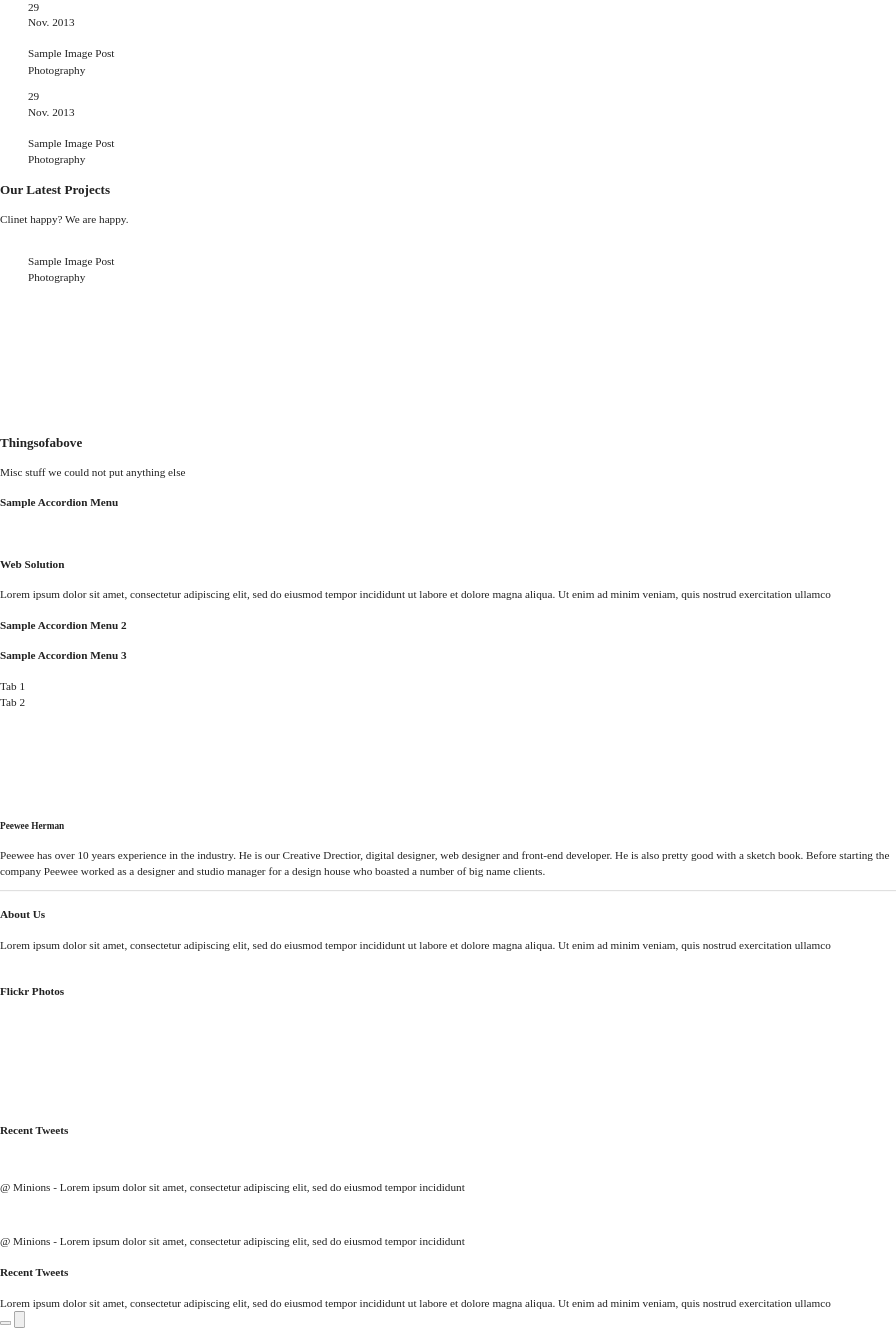
Repository: claudiashin/metrolics
Page: index.html
These files come from the project's save history. The page is drawn as it stood at one moment and after the next save; the edit follows.
The browser window is 1280 px wide. The pictures show the part of the page from y = 1540 to 3460 px (the page is 3437 px tall before and 3460 px after), at 70% of full size.

Above is the page before, as saved 2021-01-27 17:13:17.

### index.html
<!doctype html>
<html class="no-js" lang="EN">

<head>
  <meta charset="utf-8">
  <title>MDIA 2003 Lab 3</title>
  <meta name="description" content="">
  <meta name="viewport" content="width=device-width, initial-scale=1">

  <link rel="manifest" href="site.webmanifest">
  <link rel="apple-touch-icon" href="icon.png">
  <!-- Place favicon.ico in the root directory -->

  <link rel="stylesheet" href="css/normalize.css">
  <link rel="stylesheet" href="css/main.css">
</head>

<body>
  <header class="page_header">
    <div class="logo">
      <div><h1>Metrolics</h1></div>
      <div class="logoimg"><img src=""></div>
    </div>
  </header>

  <nav class="page_nav">
    <div class="nav_container">
      <div class="nav_icon">
        <div><img src=""></div>
        <a href="">Home</a>
      </div>
      <div class="nav_icon">
        <div><img src=""></div>
        <a href="">Pages</a>
      </div><div class="nav_icon">
        <div><img src=""></div>
        <a href="">Blog</a>
      </div><div class="nav_icon">
        <div><img src=""></div>
        <a href="">Portfolio</a>
      </div><div class="nav_icon">
        <div><img src=""></div>
        <a href="">Home</a>
      </div>
    </div>
  </nav>

  <section class="main_container">
    <div class="hero_img">
      <img src="">
    </div>
    <div class="">
      <h2>Metro Style</h2>
      <h2>Retina Ready</h2>
      <h2>Responsive Design</h2>
    </div>
  </section>

  <section class="main_container">
    <div>
      <h1>Hey Guys! This is the <span class="textcol">Metrolics</span> theme.<br>It sports a responsive layout with a mobile layout.</h1>
    </div>
  </section>

  <section class="main_container">
    <div class="container">
      <h3>Things That We Do</h3>
      <p>Ask us what we can do for you</p>
    </div>
    <div class="container">
      <div class="container_feature">
        <div class="feature_img">
          <img src="">
        </div>
        <div><h4>Web Solutions</h4></div>
        <div><p>We are a fairly small, flexible design studio that designs for print
          and web. We work flexibley with clinets to fulfil their design needs. Whether
          you need to create a brand from scratch, including marketing materials.
        </p></div>
      </div>
    </div>
    <div class="container">
      <div class="container_feature">
        <div class="feature_img">
          <img src="">
        </div>
        <div><h4>Photography</h4></div>
        <div><p>We are a fairly small, flexible design studio that designs for print
          and web. We work flexibley with clinets to fulfil their design needs. Whether
          you need to create a brand from scratch, including marketing materials.
        </p></div>
      </div>
    </div><div class="container">
      <div class="container_feature">
        <div class="feature_img">
          <img src="">
        </div>
        <div><h4>Web Development</h4></div>
        <div><p>We are a fairly small, flexible design studio that designs for print
          and web. We work flexibley with clinets to fulfil their design needs. Whether
          you need to create a brand from scratch, including marketing materials.
        </p></div>
      </div>
    </div><div class="container">
      <div class="container_feature">
        <div class="feature_img">
          <img src="">
        </div>
        <div><h4>Web Design</h4></div>
        <div><p>We are a fairly small, flexible design studio that designs for print
          and web. We work flexibley with clinets to fulfil their design needs. Whether
          you need to create a brand from scratch, including marketing materials.
        </p></div>
      </div>
    </div>
  </section>

  <section class="main_container">
    <div class="container">
      <h3>What's Up Lately?</h3>
      <p>Read up on our latest work</p>
    </div>
    <div class="container">
      <figure>
        <figcaption>29 <br> Nov. 2013</figcaption>
        <img src="" value="">
        <figcaption>Sample Image Post <br> Photography</figcaption>
      </figure>
    </div>
    <div class="container">
      <figure>
        <figcaption>29 <br> Nov. 2013</figcaption>
        <img src="" value="">
        <figcaption>Sample Image Post <br> Photography</figcaption>
      </figure>
    </div>
    <div class="container">
      <figure>
        <figcaption>29 <br> Nov. 2013</figcaption>
        <img src="" value="">
        <figcaption>Sample Image Post <br> Photography</figcaption>
      </figure>
    </div>
  </section>

  <section class="main_container">
    <div class="container">
      <h3>Our Latest Projects </h3>
      <p>Clinet happy? We are happy.</p>
    </div>
    <div class="container">
      <figure>
        <img src="" value="">
        <figcaption>Sample Image Post <br> Photography</figcaption>
      </figure>
    </div>
    <div class="container">
      <figure>
        <img src="" value="">
      </figure>
    </div>
    <div class="container">
      <figure>
        <img src="" value="">
      </figure>
    </div>
    <div class="container">
      <figure>
        <img src="" value="">
      </figure>
    </div>
    <div class="container">
      <figure>
        <img src="" value="">
      </figure>
    </div>
    <div class="container">
      <figure>
        <img src="" value="">
      </figure>
    </div>
  </section>

  <section class="main_container">
    <div class="container">
      <h3>Thingsofabove </h3>
      <p>Misc stuff we could not put anything else</p>
    </div>

    <div class="container">
      <div class="items">
        <h4>Sample Accordion Menu</h4>
      </div>
      <div class="items">
        <div class="items_contents">
          <img src="">
        </div>
        <div class="itmes_contents">
          <h4>Web Solution</h4>
          <p>Lorem ipsum dolor sit amet, consectetur adipiscing elit, sed do eiusmod tempor incididunt
            ut labore et dolore magna aliqua. Ut enim ad minim veniam, quis nostrud exercitation ullamco</p>
        </div>
      </div>
      <div class="items">
        <h4>Sample Accordion Menu 2</h4>
      </div>
      <div class="items">
        <h4>Sample Accordion Menu 3</h4>
      </div>
    </div>

    <div class="container">
      <div class="tab">
        <div>Tab 1</div>
        <div>Tab 2</div>
      </div>
    </div>

  </section>

  <section class="main_container">
    <div class="logo_img">
      <img src="">
    </div>
    <div class="logo_img">
      <img src="">
    </div>
    <div class="logo_img">
      <img src="">
    </div>
    <div class="logo_img">
      <img src="">
    </div>
    <div class="logo_img">
      <img src="">
    </div>
  </section>

  <footer>
    <section class="footer_container">
      <div class="avartar">
        <div class="avrtar_img"><img src=""></div>
        <div>
          <h5>Peewee Herman</h5>
          <p>Peewee has over 10 years experience in the industry. He is our Creative Drectior,
            digital designer, web designer and front-end developer. He is also pretty good with a
            sketch book. Before starting the company Peewee worked as a designer and studio manager
            for a design house who boasted a number of big name clients.
          </p>
        </div>
      </div>
    </section>

    <div><hr></div>

    <section class="footer_contaier">
      <div class="info">
        <div class="info_title"><h4>About Us</h4></div>
        <div class="info_contents">Lorem ipsum dolor sit amet, consectetur adipiscing elit, sed do eiusmod tempor incididunt
          ut labore et dolore magna aliqua. Ut enim ad minim veniam, quis nostrud exercitation ullamco</div>
        <div class="info_sns">
          <nav>
            <a href=""><img src=""></a>
            <a href=""><img src=""></a>
            <a href=""><img src=""></a>
            <a href=""><img src=""></a>
            <a href=""><img src=""></a>
          </nav>
        </div>
      </div>
      <div class="info">
        <div class="info_title"><h4>Flickr Photos</h4></div>
        <div class="info_photo">
          <div><img src=""></div>
          <div><img src=""></div>
          <div><img src=""></div>
          <div><img src=""></div>
          <div><img src=""></div>
          <div><img src=""></div>
        </div>
      </div>
      <div class="info">
        <div class="info_title"><h4>Recent Tweets</h4></div>
        <div class="info_tweets">
          <div class="tweet">
            <div><img src=""></div>
            <div><p>@ Minions - Lorem ipsum dolor sit amet, consectetur adipiscing elit, sed do eiusmod tempor incididunt</p></div>
          </div>
          <div class="tweet">
            <div><img src=""></div>
            <div><p>@ Minions - Lorem ipsum dolor sit amet, consectetur adipiscing elit, sed do eiusmod tempor incididunt</p></div>
          </div>
        </div>
      </div>
      <div class="info">
        <div class="info_title"><h4>Recent Tweets</h4></div>
        <div class="info_contents">Lorem ipsum dolor sit amet, consectetur adipiscing elit, sed do eiusmod tempor incididunt
          ut labore et dolore magna aliqua. Ut enim ad minim veniam, quis nostrud exercitation ullamco</div>
        <div>
          <button type="text" value="Enter your Email..."></button>
          <button type="button"><img src=""></button>
        </div>
      </div>

    </section>
  </footer>
</body>

</html>

### css/main.css
/*! HTML5 Boilerplate v8.0.0 | MIT License | https://html5boilerplate.com/ */

/* main.css 2.1.0 | MIT License | https://github.com/h5bp/main.css#readme */
/*
 * What follows is the result of much research on cross-browser styling.
 * Credit left inline and big thanks to Nicolas Gallagher, Jonathan Neal,
 * Kroc Camen, and the H5BP dev community and team.
 */

/* ==========================================================================
   Base styles: opinionated defaults
   ========================================================================== */

html {
  color: #222;
  font-size: 1em;
  line-height: 1.4;
}

/*
 * Remove text-shadow in selection highlight:
 * https://twitter.com/miketaylr/status/12228805301
 *
 * Vendor-prefixed and regular ::selection selectors cannot be combined:
 * https://stackoverflow.com/a/16982510/7133471
 *
 * Customize the background color to match your design.
 */

::-moz-selection {
  background: #b3d4fc;
  text-shadow: none;
}

::selection {
  background: #b3d4fc;
  text-shadow: none;
}

/*
 * A better looking default horizontal rule
 */

hr {
  display: block;
  height: 1px;
  border: 0;
  border-top: 1px solid #ccc;
  margin: 1em 0;
  padding: 0;
}

/*
 * Remove the gap between audio, canvas, iframes,
 * images, videos and the bottom of their containers:
 * https://github.com/h5bp/html5-boilerplate/issues/440
 */

audio,
canvas,
iframe,
img,
svg,
video {
  vertical-align: middle;
}

/*
 * Remove default fieldset styles.
 */

fieldset {
  border: 0;
  margin: 0;
  padding: 0;
}

/*
 * Allow only vertical resizing of textareas.
 */

textarea {
  resize: vertical;
}

/* ==========================================================================
   Author's custom styles
   ========================================================================== */

/* ==========================================================================
   Helper classes
   ========================================================================== */

/*
 * Hide visually and from screen readers
 */

.hidden,
[hidden] {
  display: none !important;
}

/*
 * Hide only visually, but have it available for screen readers:
 * https://snook.ca/archives/html_and_css/hiding-content-for-accessibility
 *
 * 1. For long content, line feeds are not interpreted as spaces and small width
 *    causes content to wrap 1 word per line:
 *    https://medium.com/@jessebeach/beware-smushed-off-screen-accessible-text-5952a4c2cbfe
 */

.sr-only {
  border: 0;
  clip: rect(0, 0, 0, 0);
  height: 1px;
  margin: -1px;
  overflow: hidden;
  padding: 0;
  position: absolute;
  white-space: nowrap;
  width: 1px;
  /* 1 */
}

/*
 * Extends the .sr-only class to allow the element
 * to be focusable when navigated to via the keyboard:
 * https://www.drupal.org/node/897638
 */

.sr-only.focusable:active,
.sr-only.focusable:focus {
  clip: auto;
  height: auto;
  margin: 0;
  overflow: visible;
  position: static;
  white-space: inherit;
  width: auto;
}

/*
 * Hide visually and from screen readers, but maintain layout
 */

.invisible {
  visibility: hidden;
}

/*
 * Clearfix: contain floats
 *
 * For modern browsers
 * 1. The space content is one way to avoid an Opera bug when the
 *    `contenteditable` attribute is included anywhere else in the document.
 *    Otherwise it causes space to appear at the top and bottom of elements
 *    that receive the `clearfix` class.
 * 2. The use of `table` rather than `block` is only necessary if using
 *    `:before` to contain the top-margins of child elements.
 */

.clearfix::before,
.clearfix::after {
  content: " ";
  display: table;
}

.clearfix::after {
  clear: both;
}

/* ==========================================================================
   EXAMPLE Media Queries for Responsive Design.
   These examples override the primary ('mobile first') styles.
   Modify as content requires.
   ========================================================================== */

@media only screen and (min-width: 35em) {
  /* Style adjustments for viewports that meet the condition */
}

@media print,
  (-webkit-min-device-pixel-ratio: 1.25),
  (min-resolution: 1.25dppx),
  (min-resolution: 120dpi) {
  /* Style adjustments for high resolution devices */
}

/* ==========================================================================
   Print styles.
   Inlined to avoid the additional HTTP request:
   https://www.phpied.com/delay-loading-your-print-css/
   ========================================================================== */

@media print {
  *,
  *::before,
  *::after {
    background: #fff !important;
    color: #000 !important;
    /* Black prints faster */
    box-shadow: none !important;
    text-shadow: none !important;
  }

  a,
  a:visited {
    text-decoration: underline;
  }

  a[href]::after {
    content: " (" attr(href) ")";
  }

  abbr[title]::after {
    content: " (" attr(title) ")";
  }

  /*
   * Don't show links that are fragment identifiers,
   * or use the `javascript:` pseudo protocol
   */
  a[href^="#"]::after,
  a[href^="javascript:"]::after {
    content: "";
  }

  pre {
    white-space: pre-wrap !important;
  }

  pre,
  blockquote {
    border: 1px solid #999;
    page-break-inside: avoid;
  }

  /*
   * Printing Tables:
   * https://web.archive.org/web/20180815150934/http://css-discuss.incutio.com/wiki/Printing_Tables
   */
  thead {
    display: table-header-group;
  }

  tr,
  img {
    page-break-inside: avoid;
  }

  p,
  h2,
  h3 {
    orphans: 3;
    widows: 3;
  }

  h2,
  h3 {
    page-break-after: avoid;
  }
}

Loaded but not shown: css/normalize.css (library)

After the next save:
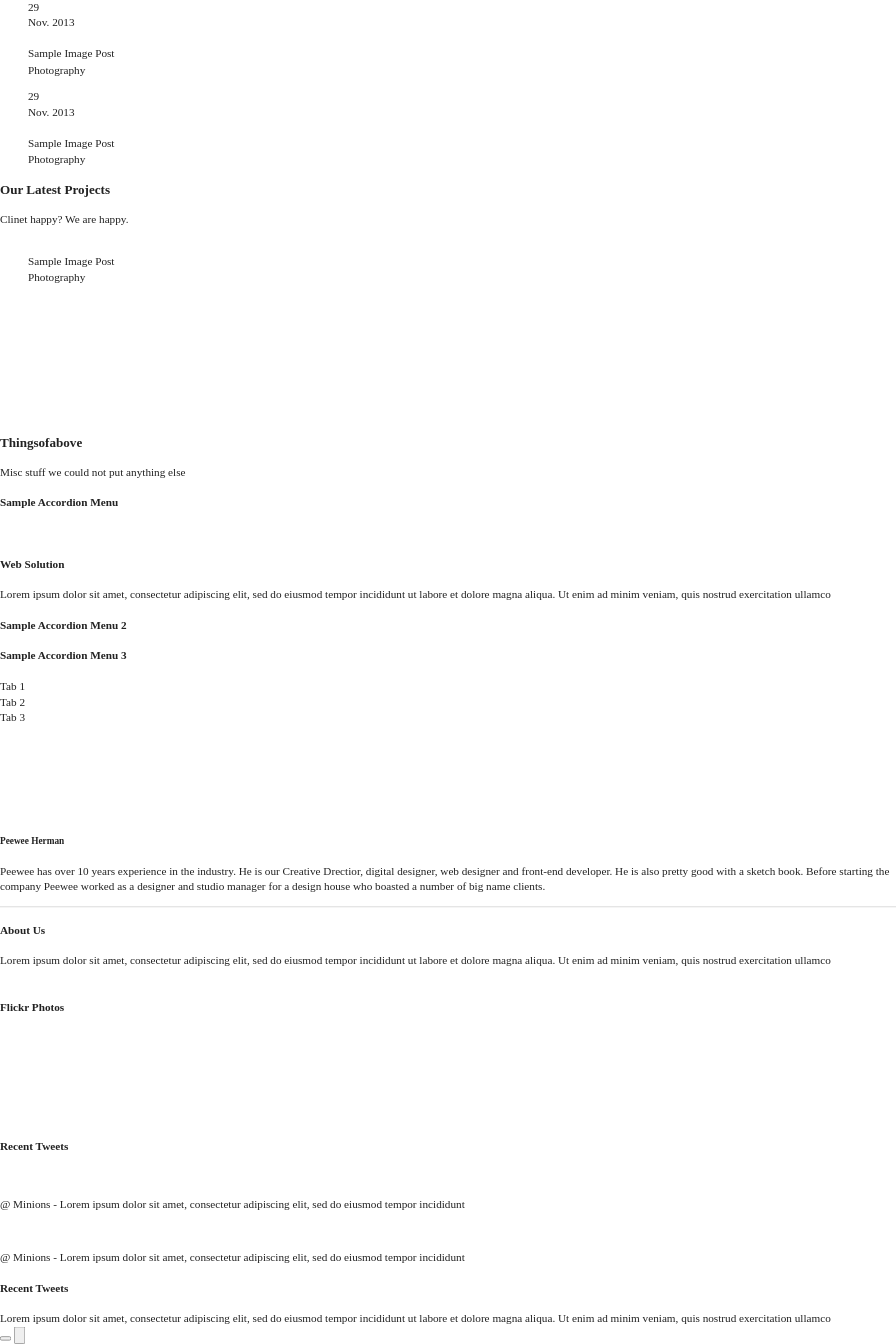
Saved 7 s later.
--- a/index.html
+++ b/index.html
@@ -213,6 +213,7 @@
       <div class="tab">
         <div>Tab 1</div>
         <div>Tab 2</div>
+        <div>Tab 3</div>
       </div>
     </div>
 
